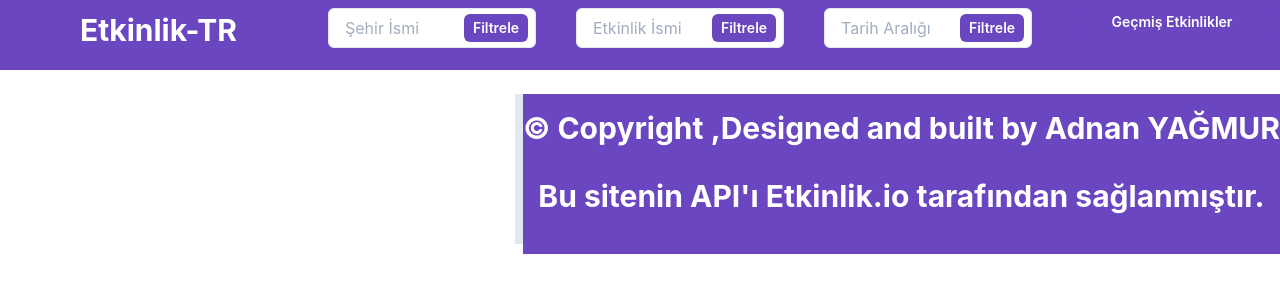
Repository: adnanyagmur/EtsTur-FrontEnd-Hiring-Challange
Page: /
The author's editor kept a copy of each file at every save. The page is drawn from the files as they stood at one save, then again after the next save.
The browser window is 1280 px wide. The pictures show the whole page.
The page's requests for data from a server got no answer. The project was rebuilt for these pictures with package versions that can differ from the ones it lists, and the page was loaded fresh each time. No one was signed in, and anything a server would have sent is missing. Also part of the build but not shown: src/index.css, src/components/detailPage/DetailPage.jsx, src/components/eventList/EventList.jsx, src/pastApi/json.js, src/components/pastEventList/PastList.jsx.

Above is the page before, as saved 2022-06-21 16:31:48.

### src/index.js
import React from 'react';
import ReactDOM from 'react-dom/client';
import './index.css';
import App from './App';
import {BrowserRouter} from "react-router-dom";
import { ChakraProvider, theme } from '@chakra-ui/react'



const root = ReactDOM.createRoot(document.getElementById('root'));
root.render(
  <React.StrictMode>
    <BrowserRouter>
    <ChakraProvider theme={theme}>
    <App />
    </ChakraProvider>
    </BrowserRouter>
  </React.StrictMode>
);

### src/App.js

import { Route, Routes } from "react-router-dom";
import DetailPage from "./components/detailPage/DetailPage";
import HomePage from "./components/hompage/HomePage";
import PastList from "./components/pastEventList/PastList"





function App() {

  return (
    <div>

    <Routes>
      <Route path="/" element={<HomePage></HomePage>}></Route>
      <Route path="/detailPage" element={<DetailPage></DetailPage>}></Route>

      /gecmisEtkinlikler

      <Route path="/gecmisEtkinlikler" element={<PastList></PastList>}></Route>

    </Routes>

    </div>

  );
}

export default App;

### src/components/hompage/HomePage.jsx
import React, {useState, useEffect} from 'react';
import axios from 'axios';
import EventList from '../eventList/EventList';
import {Grid,Box,GridItem,Text,SimpleGrid,Input,InputGroup,Button,InputRightElement} from '@chakra-ui/react';
import  {useNavigate} from 'react-router-dom';
function HomePage() {

  const navigation = useNavigate();

const handleClick = (()=> {
    navigation("/gecmisEtkinlikler")
})

  const [eventList, setEventList] = useState([])

  useEffect(()=> {
      axios.get(
        'https://backend.etkinlik.io/api/v2/events',{headers: {
          "X-Etkinlik-Token" : "966d3071605c47ca2a58476b4b0083b1"
        }
      }
        ).then(res => {
          setEventList(res.data);
          //console.log(res.data);
        }).catch(error => console.log(error))
    },[]);

console.log(eventList)

    return(
        <div>
<div>

<Grid
  templateAreas={`"header header"
                  "nav main"
                  "nav footer"`}
  gridTemplateRows={'70px 1fr 150px'}
  gridTemplateColumns={'1fr'}
  h='200px'
  gap='1'
  color='blackAlpha.700'
  fontWeight='bold'
>
  <GridItem pt='2' pl='80px' bg='purple.600' color='white' area={'header'}>
  <SimpleGrid columns={[null,5]} spacing='40px'>
  <Text  as='span'  fontSize='3xl' >Etkinlik-TR</Text>
  <InputGroup as='span'  size='md'>
      <Input
        pr='4.5rem'
        bg='white'
        color='black'
        placeholder='Şehir İsmi'
      />
      <InputRightElement width='4.5rem'>
        <Button bg='purple.600' mr='2' h='1.75rem' size='sm' /* onClick={handleClick} */>
          Filtrele
        </Button>
      </InputRightElement>
    </InputGroup>
    <InputGroup as='span'  size='md'>
      <Input
        pr='4.5rem'
        bg='white'
        color='black'
        placeholder='Etkinlik İsmi'
      />
      <InputRightElement width='4.5rem'>
        <Button bg='purple.600' mr='2' h='1.75rem' size='sm' /* onClick={handleClick} */>
          Filtrele
        </Button>
      </InputRightElement>
    </InputGroup>
    <InputGroup as='span'  size='md'>
      <Input
        pr='4.5rem'
        bg='white'
        color='black'
        placeholder='Tarih Aralığı'
      />
      <InputRightElement width='4.5rem'>
        <Button bg='purple.600' mr='2' h='1.75rem' size='sm' /* onClick={handleClick} */>
          Filtrele
        </Button>
      </InputRightElement>
    </InputGroup>
    <Button bg='purple.600' mr='2' h='1.75rem' size='sm' borderColor='white' onClick={handleClick} >
          Geçmiş Etkinlikler
        </Button>
</SimpleGrid>


  </GridItem>

  <GridItem pl='6' pt='4' pr='6' bg='white' area={'main'} >

  <SimpleGrid columns={[1, null,2, 3,4,5]} spacing='40px'>




  {eventList.items?.map((eventList,key)=>






  <EventList key={eventList?.id}
      eventid={eventList?.id}
      name={eventList?.name}
      image={eventList?.poster_url}
      category={eventList?.category?.name}
      description={eventList?.content?.replace("<br /><br />"," ").replace("<br /><br />"," ").replace("</strong>"," ").replace("<br />"," ")
      .replace("<strong>"," ").replace("<br /><strong>"," ")
    .replace("</strong><br />"," ")
  .replace("</p>"," ").replace("<p>"," ").replace("<p>"," ")
.replace("</p>"," ").replace("<br /><br />"," ").replace("<br /><br />"," ").replace("</strong>"," ").replace("<br />"," ")
.replace("<strong>"," ").replace("<br /><strong>"," ")
.replace("</strong><br />"," ")
.replace("</p>"," ").replace("<p>"," ").replace("<p>"," ")
.replace("</p>"," ").replace("<br /><br />"," ").replace("<br /><br />"," ").replace("</strong>"," ").replace("<br />"," ")
.replace("<strong>"," ").replace("<br /><strong>"," ")
.replace("</strong><br />"," ")
.replace("</p>"," ").replace("<p>"," ").replace("<p>"," ")
.replace("</p>"," ").replace("<br /><br />"," ").replace("<br /><br />"," ").replace("</strong>"," ").replace("<br />"," ")
.replace("<strong>"," ").replace("<br /><strong>"," ")
.replace("</strong><br />"," ")
.replace("</p>"," ").replace("<p>"," ").replace("<p>"," ")
.replace("</p>"," ").replace("<br /><br />"," ").replace("<br /><br />"," ").replace("</strong>"," ").replace("<br />"," ")
.replace("<strong>"," ").replace("<br /><strong>"," ")
.replace("</strong><br />"," ")
.replace("</p>"," ").replace("<p>"," ").replace("<p>"," ")
.replace("</p>"," ").replace("<br /><br />"," ").replace("<br /><br />"," ").replace("</strong>"," ").replace("<br />"," ")
.replace("<strong>"," ").replace("<br /><strong>"," ")
.replace("</strong><br />"," ")
.replace("</p>"," ").replace("<p>"," ").replace("<p>"," ")
.replace("</p>"," ").replace("<br /><br />"," ").replace("<br /><br />"," ").replace("</strong>"," ").replace("<br />"," ")
.replace("<strong>"," ").replace("<br /><strong>"," ")
.replace("</strong><br />"," ")
.replace("</p>"," ").replace("<p>"," ").replace("<p>"," ")
.replace("</p>"," ").replace("<br /><br />"," ").replace("<br /><br />"," ").replace("</strong>"," ").replace("<br />"," ")
.replace("<strong>"," ").replace("<br /><strong>"," ")
.replace("</strong><br />"," ")
.replace("</p>"," ").replace("<p>"," ").replace("<p>"," ")                  //////asdasd
.replace("</p>"," ").replace("<br /><br />"," ").replace("<br /><br />"," ").replace("</strong>"," ").replace("<br />"," ")
.replace("<strong>"," ").replace("<br /><strong>"," ")
.replace("</strong><br />"," ")
.replace("</p>","").replace("<p>"," ").replace("<p>"," ")
.replace("</p>"," ").replace("<br /><br />"," ").replace("<br /><br />"," ").replace("</strong>"," ").replace("<br />"," ")
.replace("<strong>"," ").replace("<br /><strong>"," ")
.replace("</strong><br />"," ")
.replace("</p>"," ").replace("<p>"," ").replace("<p>"," ")
.replace("</p>"," ").replace("<br /><br />"," ").replace("<br /><br />"," ").replace("</strong>"," ").replace("<br />"," ")
.replace("<strong>"," ").replace("<br /><strong>"," ")
.replace("</strong><br />"," ")
.replace("</p>"," ").replace("<p>"," ").replace("<p>"," ")
.replace("</p>"," ").replace("<br /><br />"," ").replace("<br /><br />"," ").replace("</strong>"," ").replace("<br />"," ")
.replace("<strong>"," ").replace("<br /><strong>"," ")
.replace("</strong><br />"," ")
.replace("</p>"," ").replace("<p>"," ").replace("<p>"," ")
.replace("</p>"," ").replace("<br /><br />"," ").replace("<br /><br />"," ").replace("</strong>"," ").replace("<br />"," ")
.replace("<strong>"," ").replace("<br /><strong>"," ")
.replace("</strong><br />"," ")
.replace("</p>"," ").replace("<p>"," ").replace("<p>"," ")
.replace("</p>"," ").replace("<br /><br />"," ").replace("<br /><br />"," ").replace("</strong>"," ").replace("<br />"," ")
.replace("<strong>"," ").replace("<br /><strong>"," ")
.replace("</strong><br />"," ")
.replace("</p>"," ").replace("<p>"," ").replace("<p>"," ")
.replace("</p>"," ").replace("<br /><br />"," ").replace("<br /><br />"," ").replace("</strong>"," ").replace("<br />"," ")
.replace("<strong>"," ").replace("<br /><strong>"," ")
.replace("</strong><br />"," ")
.replace("</p>"," ").replace("<p>"," ").replace("<p>"," ")
.replace("</p>"," ").replace("<br /><br />"," ").replace("<br /><br />"," ").replace("</strong>"," ").replace("<br />"," ")
.replace("<strong>"," ").replace("<br /><strong>"," ")
.replace("</strong><br />"," ")
.replace("</p>"," ").replace("<p>"," ").replace("<p>"," ")
.replace("</p>"," ").replace("<br /><br />"," ").replace("<br /><br />"," ").replace("</strong>"," ").replace("<br />"," ")
.replace("<strong>"," ").replace("<br /><strong>"," ")
.replace("</strong><br />"," ")
.replace("</p>"," ").replace("<p>"," ").replace("<p>"," ")
.replace("</p>"," ").replace("<br /><br />"," ").replace("<br /><br />"," ").replace("</strong>"," ").replace("<br />"," ")
.replace("<strong>"," ").replace("<br /><strong>"," ")
.replace("</strong><br />"," ")
.replace("</p>"," ").replace("<p>"," ").replace("<p>"," ")
.replace("</p>"," ").replace("<em>"," ").replace("</em>"," ").replace("<br />"," ")
.replace("<br />"," ")}
      price={eventList?.is_free}
      basTarihi ={eventList?.start?.replace("T","   Time :  ")}
      bitisTarihi ={eventList?.end?.replace("T","   Time :  ")}
      venue ={eventList?.venue?.name}
      ticketLink={eventList?.ticket_url}
      address={eventList?.venue?.address}
      city={eventList?.venue?.city?.name}
      district ={eventList?.venue?.district?.name}
      eventList ={eventList}
      >

      </EventList>


  )}
  </SimpleGrid>
  </GridItem>
  <GridItem pl='2' bg='gray.200' area={'footer'}>
  <SimpleGrid  columns={1} color='white' >
  <Box pt='3' bg='purple.600' textAlign="center" height='80px'> <Text    fontSize='3xl' >© Copyright ,Designed and built by Adnan YAĞMUR</Text></Box>
  <Box bg='purple.600' textAlign="center" height='80px'><Text    fontSize='3xl' >Bu sitenin API'ı <a href='https://etkinlik.io/'>Etkinlik.io</a> tarafından sağlanmıştır.</Text></Box>
</SimpleGrid>
  </GridItem>
</Grid>





      </div>
        </div>
    )
}

export default HomePage;

Loaded but not shown: public/index.html (common file)

After the next save:
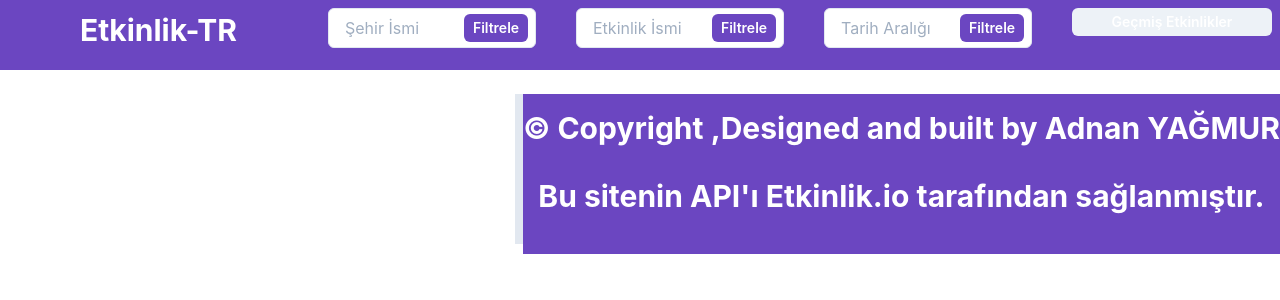
Saved 17 s later.
--- a/src/components/hompage/HomePage.jsx
+++ b/src/components/hompage/HomePage.jsx
@@ -84,7 +84,7 @@
         </Button>
       </InputRightElement>
     </InputGroup>
-    <Button bg='purple.600' mr='2' h='1.75rem' size='sm' borderColor='white' onClick={handleClick} >
+    <Button  mr='2' h='1.75rem' size='sm' borderColor='white' onClick={handleClick} >
           Geçmiş Etkinlikler
         </Button>
 </SimpleGrid>

After the save that followed:
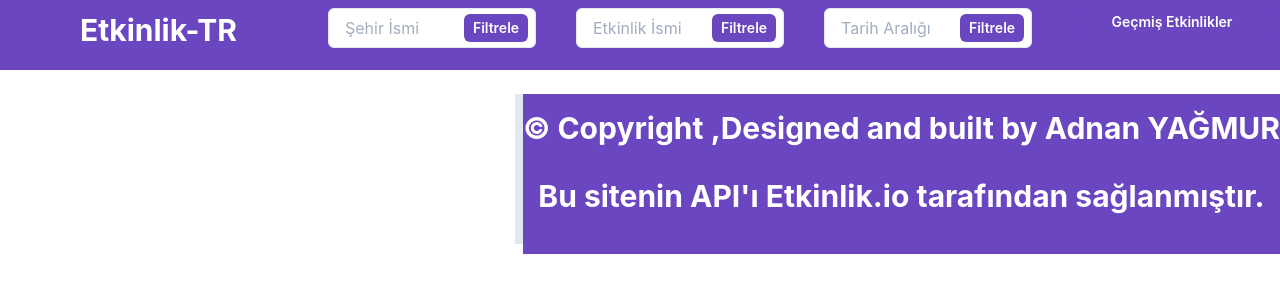
Saved 10 s later.
--- a/src/components/hompage/HomePage.jsx
+++ b/src/components/hompage/HomePage.jsx
@@ -84,7 +84,7 @@
         </Button>
       </InputRightElement>
     </InputGroup>
-    <Button  mr='2' h='1.75rem' size='sm' borderColor='white' onClick={handleClick} >
+    <Button bg='purple.600' mr='2' h='1.75rem' size='sm' borderColor='white' onClick={handleClick} >
           Geçmiş Etkinlikler
         </Button>
 </SimpleGrid>
